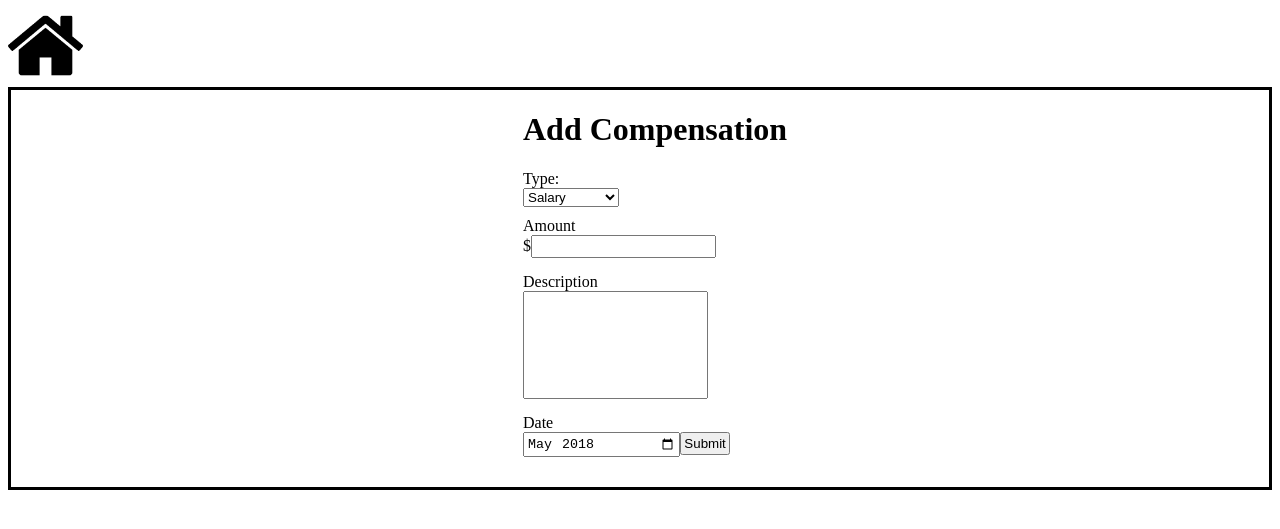
Repository: ticross18/SpringBootEmployeeSystem
Page: EmploymentSystem/src/main/resources/static/addComp.html
An editor plug-in stored every save of this project. The page is shown before and after the next save, followed by the edit.
The browser window is 1280 px wide. The pictures show the whole page.

Above is the page before, as saved 2022-05-17 18:31:33.

### EmploymentSystem/src/main/resources/static/addComp.html
<!DOCTYPE html>
<html>
<head>
	<title>Add Compensation</title>
	<meta charset="UTF-8">
	<meta name="viewport" content="width=device-width, initial-scale=1.0">
	<link href="css/screens.css" rel="stylesheet" type="text/css">
</head>
<body>

<a href="/"><img src="images/homeIcon2.png" id="homeButton" alt="home button"></a>

<div id="addEmpBox" >
<h1 id="title">Add Compensation</h1>


 <form id="userInput">
        	<label for="type">Type:</label><br>
			<select name="type" id="type" style="margin-bottom:10px;">
			  <option value="volvo">Salary</option>
			  <option value="saab">Bonus</option>
			  <option value="mercedes">Commission</option>
			  <option value="audi">Allowance</option>
			  <option value="audi">Adjustment</option>
			</select><br>

            <label for="amount">Amount</label><br>
            $<input type="number" id="amount" name="amount"><br>

            <label for="lname" >Description </label><br>
            <input type="text" id="description" name="description" style="height:100px;"><br>

            <label for="dob">Date</label><br>
            <input type="month" id="end" name="end"
     		  min="2018-03" value="2018-05">
            <input type="submit" id="submit" name ="submit"/>
        </tr>
 </form>
</div>

</body>
</html>

### EmploymentSystem/src/main/resources/static/css/screens.css
.container {
   display: flex;

}

#homeButton{
	width:75px;
	height:75px;
	position: relative;
}

.asterisk{
	color: red;
}

#addEmpBox {
	padding-left: 40vw;
	border: 3px solid rgb(0, 0, 0);
	padding-bottom: 15px;
}

#addEmpBox input {
	margin-bottom: 15px;
	padding: 2px;
}

#SearchEmpBox {
	border: 3px solid rgb(0, 0, 0);
	padding-bottom: 15px;
	margin-right: 15vw;
	text-align: center;
}

#userInput {
	display:inline-table;
}

#results {
	border: 2px solid black;
	margin: 10px;
	background-color: lightgrey;
	border-collapse: collapse;
	margin:  3vh 3vw;
}

#results th {
	padding: 2vh 3vw;
	border-left: 1px solid #000;
    border-right: 1px solid #000;
}

#results td {
	padding: 1vh 3vw ;
	border-left: 1px solid #000;
    border-right: 1px solid #000;

}

#finalEdit{
	text-align: left;
	position: left;
}

button.optionButtons {
	border-radius: 10px;
	margin-top: 10px;
	margin-right: 10vw;
	height: 5vh;
	border: 3px solid rgb(0, 0, 0);
}

button.optionButtons:active {
  box-shadow: 0 5px #666;
  transform: translateY(4px);
}

button.optionButtons:hover {
  background-color: rgb(255, 255, 128);
  cursor: pointer;
}

#dateRange {
	border: 3px solid rgb(0, 0, 0);
	width:fit-content;
	margin: 3vh;
	padding: 2vh;
}



.monthDropDown {
	width:110px;
}


tr.entries:hover {
  background-color: white;
  cursor: pointer;
}

h3 {
	background-color: lightgrey;

}

After the next save:
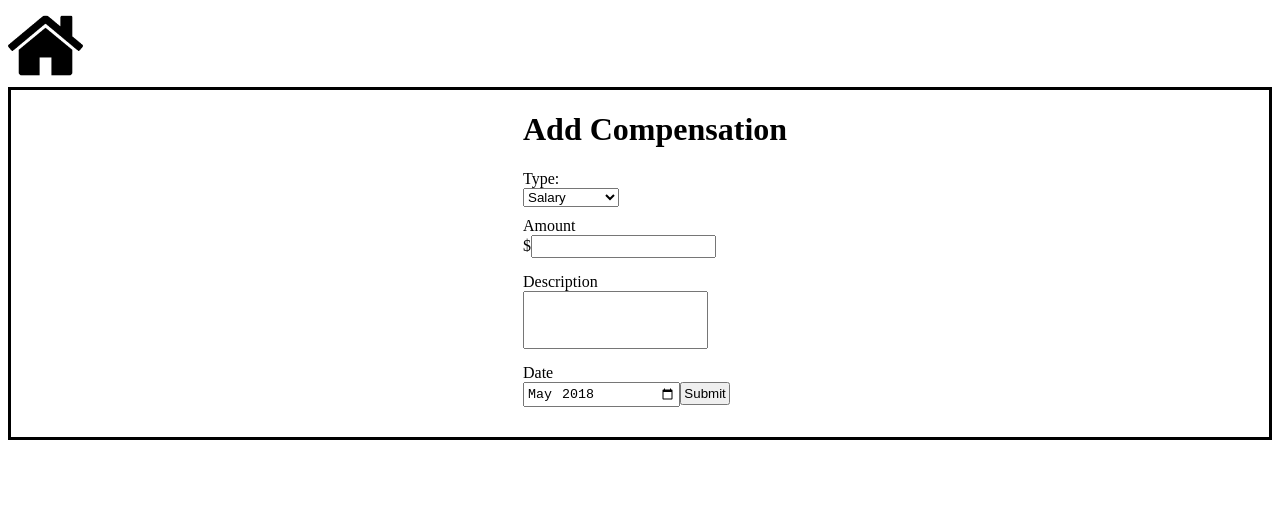
Saved 8 s later.
--- a/EmploymentSystem/src/main/resources/static/addComp.html
+++ b/EmploymentSystem/src/main/resources/static/addComp.html
@@ -28,7 +28,7 @@
             $<input type="number" id="amount" name="amount"><br>
 
             <label for="lname" >Description </label><br>
-            <input type="text" id="description" name="description" style="height:100px;"><br>
+            <input type="text" id="description" name="description" style="height:50px;"><br>
 
             <label for="dob">Date</label><br>
             <input type="month" id="end" name="end"
